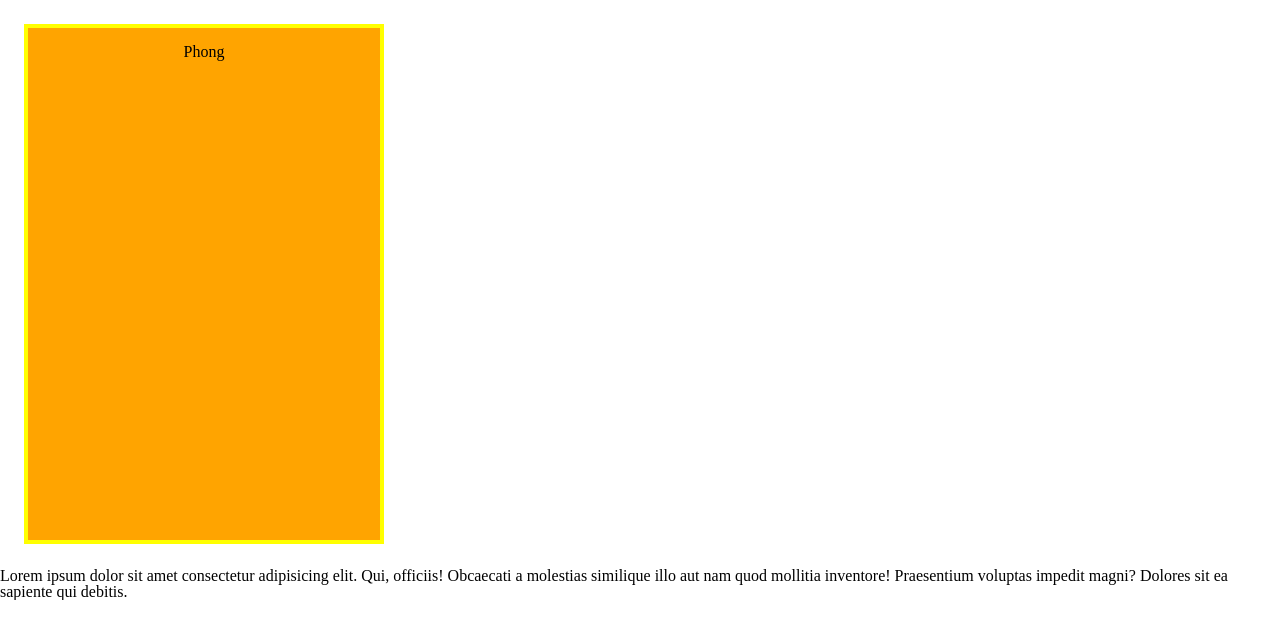
Repository: ThanhPhongsof/Css-Course
Page: index.html
These files come from the project's save history. The page is drawn as it stood at one moment and after the next save; the edit follows.
The browser window is 1280 px wide. The pictures show the whole page.

Above is the page before, as saved 2022-05-15 10:34:07.

### index.html
<!DOCTYPE html>
<html lang="en">
  <head>
    <meta charset="UTF-8" />
    <meta http-equiv="X-UA-Compatible" content="IE=edge" />
    <meta name="viewport" content="width=device-width, initial-scale=1.0" />
    <title>Document</title>
    <link rel="stylesheet" href="./reset.css" />
    <link rel="stylesheet" href="./styles.css" />
  </head>
  <body>
    <div class="box">Phong</div>
    <div class="text3">
      Lorem ipsum dolor sit amet consectetur adipisicing elit. Qui, officiis!
      Obcaecati a molestias similique illo aut nam quod mollitia inventore!
      Praesentium voluptas impedit magni? Dolores sit ea sapiente qui debitis.
    </div>

    <!-- <img src="./unsplash1.jpg" class="image" alt="" /> -->
  </body>
</html>

### styles.css
.box {
  width: 20rem;
  height: 30rem;
  background-color: #ffa400;
  color: #000;
  border: 4px solid yellow;
  padding: 1rem;
  margin: 1.5rem;
  text-align: center;
}
.text3 {
  display: -webkit-box;
  -webkit-box-orient: vertical;
  -webkit-line-clamp: 3;
  overflow: hidden;
  text-overflow: ellipsis;
}
.text-two {
  max-width: 100px;
  white-space: nowrap;
  overflow: hidden;
  text-overflow: ellipsis;
}
.image {
  width: 100vw;
  height: 100vh;
}

Loaded but not shown: reset.css (common file)

After the next save:
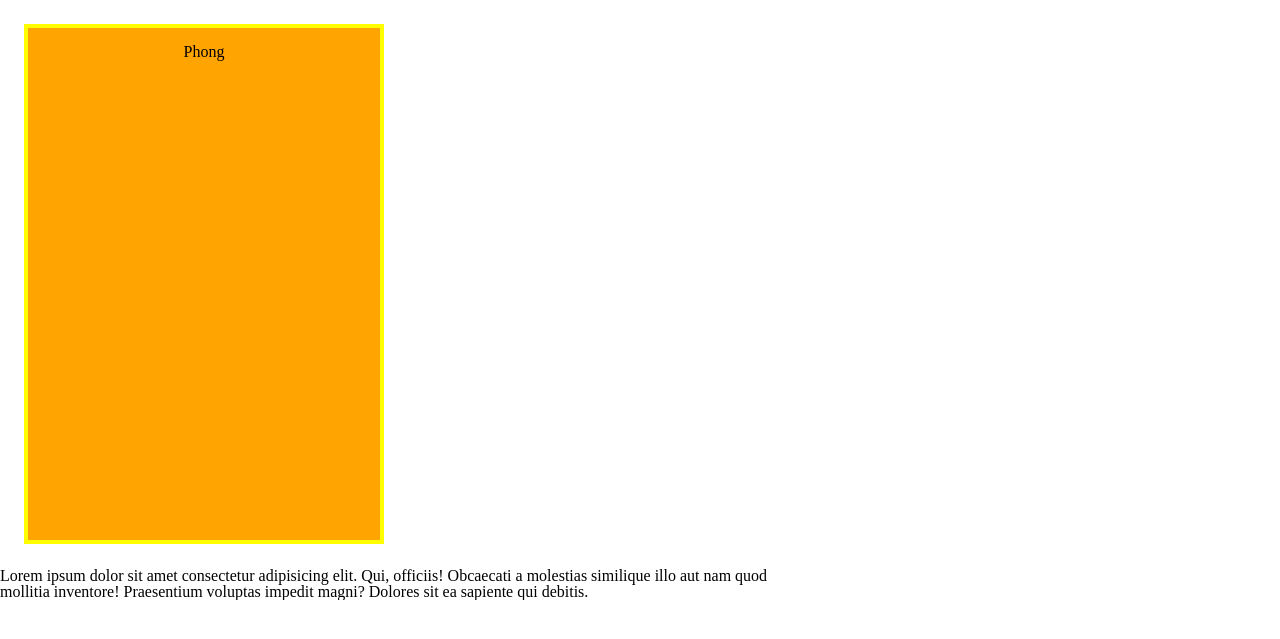
Saved 47 s later.
--- a/styles.css
+++ b/styles.css
@@ -9,6 +9,7 @@
   text-align: center;
 }
 .text3 {
+  max-width: 50rem;
   display: -webkit-box;
   -webkit-box-orient: vertical;
   -webkit-line-clamp: 3;
